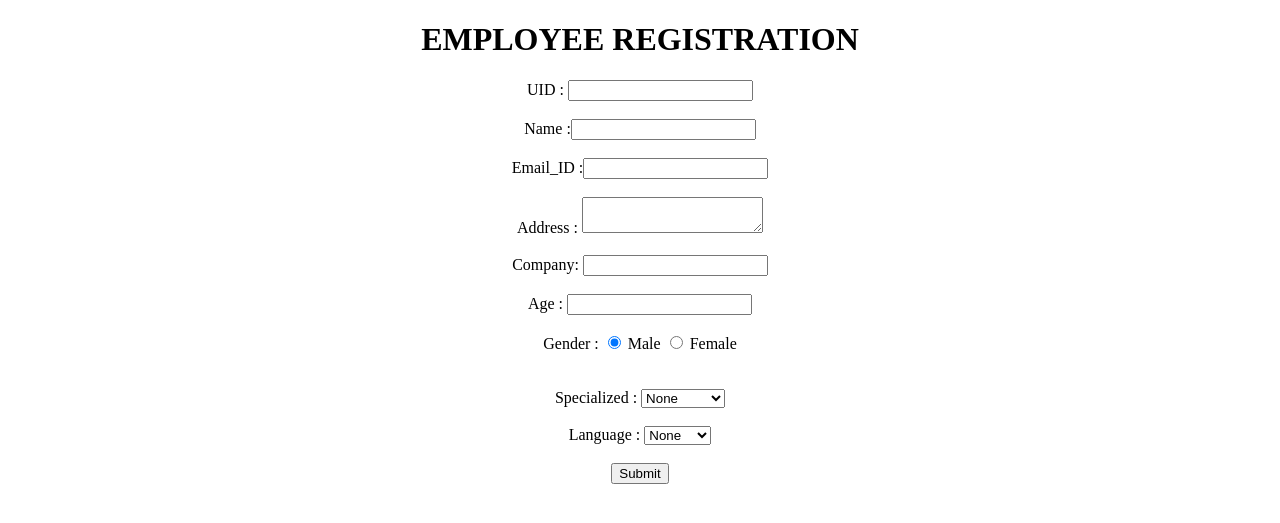
Repository: sunil965/JDBC-Servlet-JSP
Page: http://localhost/JspRegistrationTask/employee.jsp
An editor plug-in stored every save of this project. The page is shown before and after the next save, followed by the edit.
The browser window is 1280 px wide. The pictures show the whole page.
The page is served by Tomcat 9.

Above is the page before, as saved 2017-05-03 07:15:44.

After the next save:
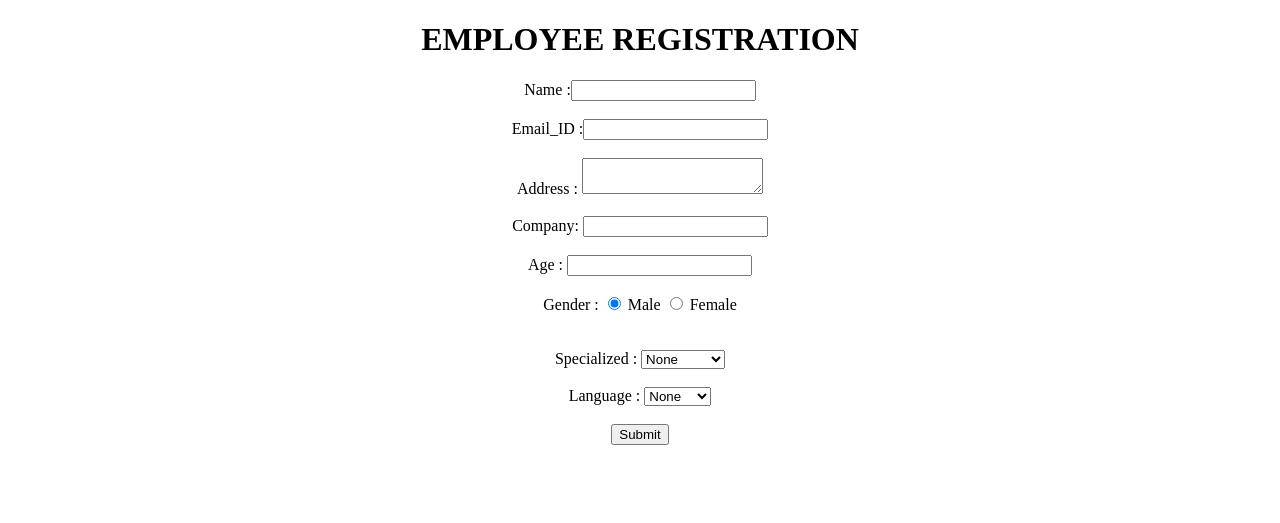
Saved 106 s later.
--- a/JspRegistrationTask/WebContent/employee.jsp
+++ b/JspRegistrationTask/WebContent/employee.jsp
@@ -10,7 +10,7 @@
 <div align="center">
  <h1>EMPLOYEE REGISTRATION</h1>
 	<form action="employeeRegister" method="post">
-		UID : <input type="text" name="uid"><br><br>
+		<!-- UID : <input type="text" name="uid"><br><br> -->
 		Name :<input type="text" name="uname"><br><br>
 		Email_ID :<input type="email" name="mail"><br><br>
 		Address : <textarea rows="2" cols="20" name="address"></textarea><br><br>
